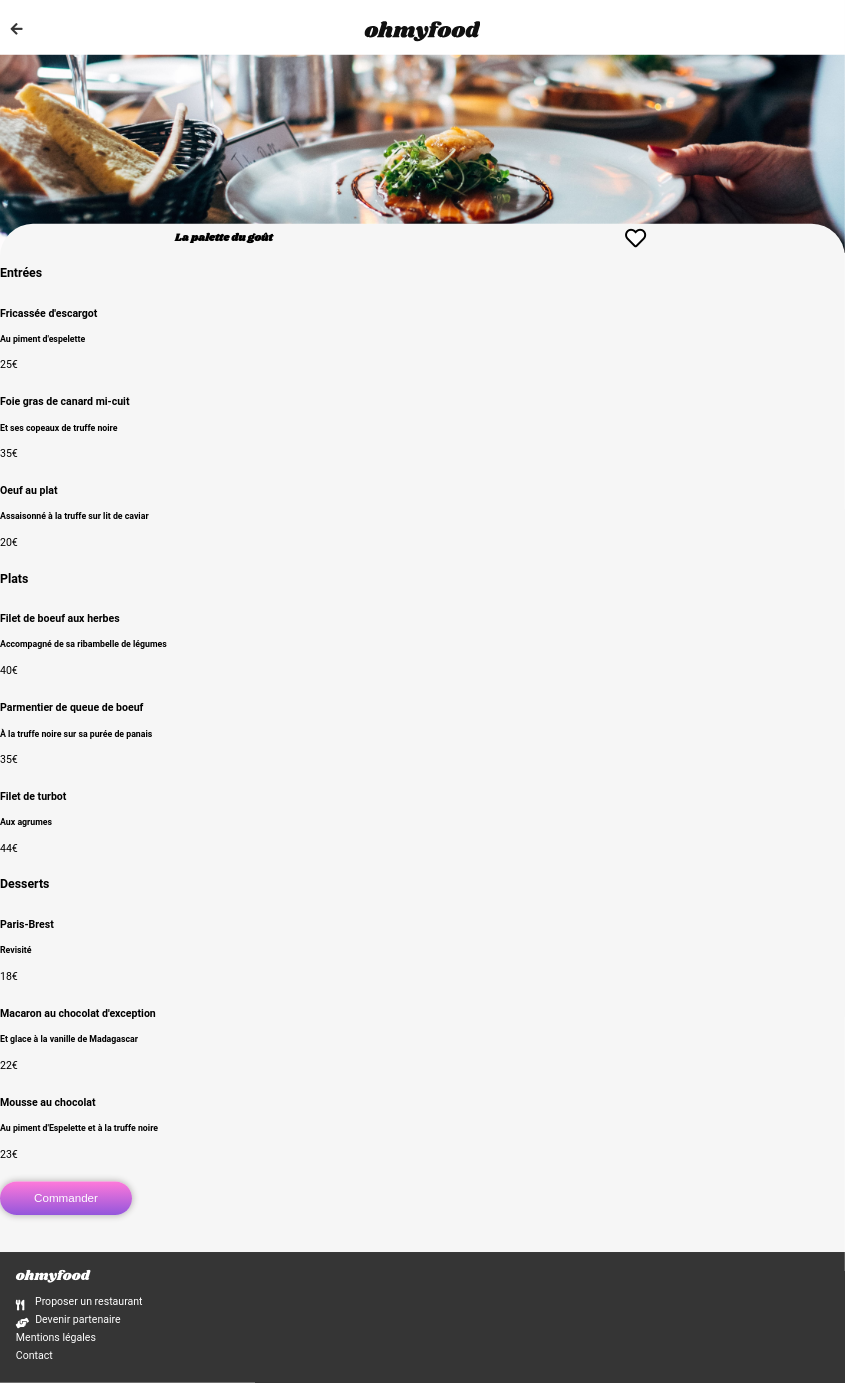
Repository: AlexisTisserand/AlexisTisserand_3_24112020
Page: menu-la-palette-du-gout.html
These files come from the project's save history. The page is drawn as it stood at one moment and after the next save; the edit follows.
The browser window is 1280 px wide. The pictures show the whole page, at 66% of full size.
Some web libraries are served in a nearby version. The style sheet was rebuilt from its Sass, Less or Tailwind sources for each picture, by a compiler version that may differ from the author's.

Above is the page before, as saved 2020-12-02 17:07:52.

After the next save:
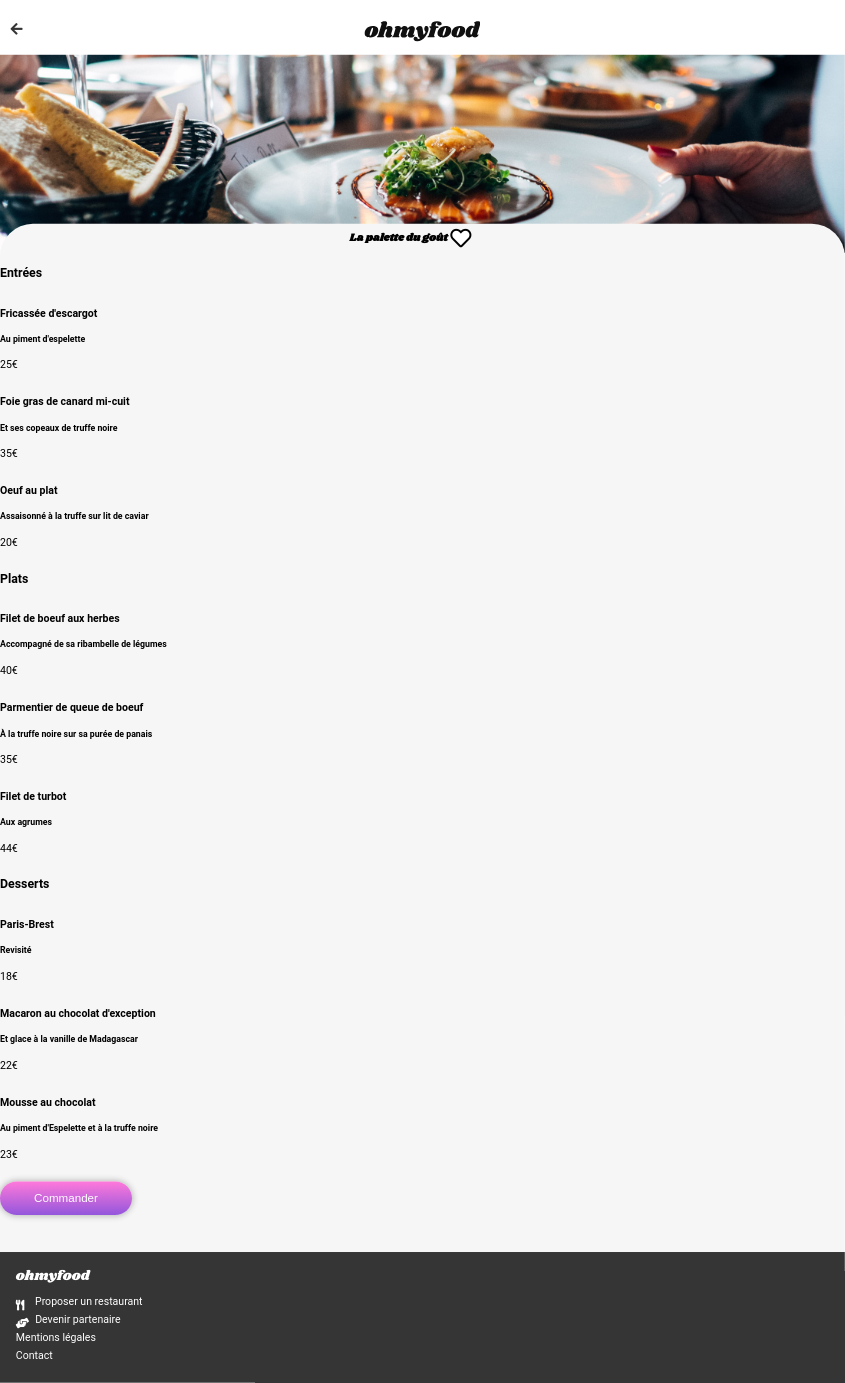
Saved 14 s later.
--- a/sass/style.scss
+++ b/sass/style.scss
@@ -411,7 +411,7 @@ header{
     &--titre{
         display: flex;
         flex-direction: row;
-        justify-content: space-around;
+        justify-content: center;
         align-items: center;
         h2{
             font-family: 'Shrikhand';
